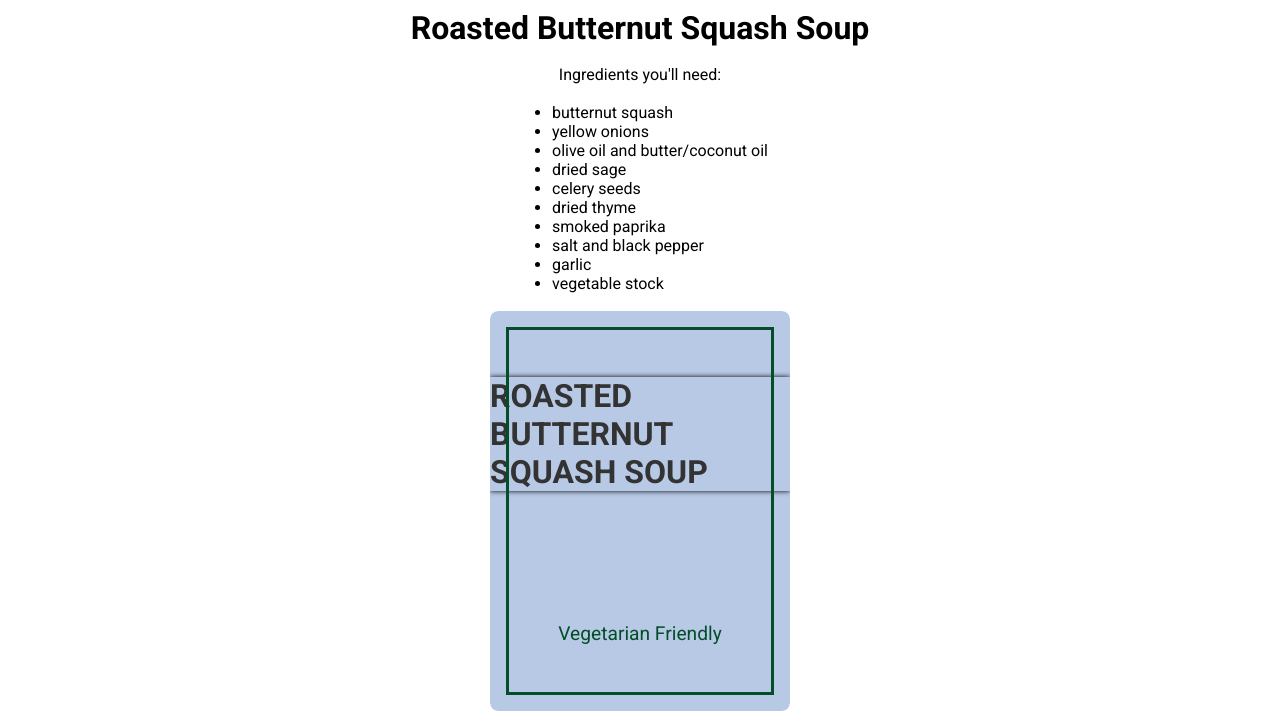
Repository: IDMX225/css-card-flip-LyssaMA
Page: src/index.html
The author's editor kept a copy of each file at every save. The page is drawn from the files as they stood at one save, then again after the next save.
The browser window is 1280 px wide. The pictures show the whole page.
The style sheet was rebuilt from its Sass, Less or Tailwind sources for each picture, by a compiler version that may differ from the author's.

Above is the page before, as saved 2024-11-12 19:35:35.
Not found: src/js/index.js

### src/index.html
<!DOCTYPE html>
<html lang="en">

<head>
  <meta charset="UTF-8">
  <meta name="viewport" content="width=device-width, initial-scale=1.0">
  <meta name="description" content="A modern CSS page">
  <meta name="generator" content="Eleventy v1.2">
  <title>Recipe</title>
  <link rel="shortcut icon" href="images/squash.png" type="image/png">
  <link rel="stylesheet" href="css/main.css">
</head>

<body>
  <h1>Roasted Butternut Squash Soup</h1>
  <p>Ingredients you'll need:</p>
  <!-- Unordered List for Ingredients -->
  <ul>
    <li>butternut squash</li>
    <li>yellow onions</li>
    <li>olive oil and butter/coconut oil</li>
    <li>dried sage</li>
    <li>celery seeds</li>
    <li>dried thyme</li>
    <li>smoked paprika</li>
    <li>salt and black pepper</li>
    <li>garlic</li>
    <li>vegetable stock</li>
  </ul>

  <div class="card">
    <div class="card__content">
      <div class="card__front">
        <h3 class="card__title">Roasted Butternut Squash Soup</h3>
        <p class="card__subtitle">Vegetarian Friendly</p>
      </div>

      <div class="card__back">
        <p class="card__body">To roast the squash, simply place the seasoned squash onto two large baking sheets lined
          with aluminum foil for easy cleanup. Roast in the oven for 45 minutes at 400°F.
          There's no need to flip over the squash halfway through roasting. Just let it go for 45 minutes and that's it!
          Enjoy!</p>
      </div>
    </div>
  </div>

  <script src="js/index.js"></script>
</body>

</html>

### src/sass/main.scss

/* Import Google Fonts */
@import url('https://fonts.googleapis.com/css2?family=Roboto:wght@400;700&display=swap');

:root {
  --level-three: translateZ(9rem);
  --fw-normal: 400;
  --fw-bold: 700;
  --clr: #b7c9e5;
  --clr-dark: #333;
  --font-family: 'Roboto', sans-serif;
}

*,
*::before,
*::after {
  box-sizing: border-box;
  margin: 0;
}

body {
  font-family: var(--font-family);
  height: 100vh;
  display: grid;
  place-items: center;
}

.card {
  width: 300px;
  height: 400px;
  perspective: 1000px;
  border-radius: 8px;
  overflow: hidden;
}

.card__content {
  position: relative;
  width: 100%;
  height: 100%;
  transform-style: preserve-3d;
  transition: transform 0.6s;
}

.card:hover .card__content {
  transform: rotateY(180deg);
}

.card__front,
.card__back {
  position: absolute;
  top: 0;
  left: 0;
  right: 0;
  bottom: 0;
  backface-visibility: hidden;
  display: grid;
  justify-items: center;
  align-items: center;
  border-radius: 8px;
}

.card__front {
  background-color: var(--clr);
  color: #034d28;
}

.card__front::before {
  content: '';
  position: absolute;
  top: 1em;
  bottom: 1em;
  left: 1em;
  right: 1em;
  border: 3px solid currentColor;
}

.card__title {
  font-family: var(--font-family);
  font-size: 2rem;
  font-weight: var(--fw-bold);
  text-transform: uppercase;
  color: #333;
  box-shadow: 0 0 5px black;
}

.card__subtitle {
  font-family: var(--font-family);
  font-size: 1.2rem;
  font-weight: var(--fw-normal);
}

.card__back {
  background: var(--clr-dark);
  color: #f7d07d;
  transform: rotateY(180deg);
}

.card__body {
  font-family: var(--font-family);
  font-size: 1rem;
  line-height: 1.5;
  padding: 1em;
  text-align: center;
}

After the next save:
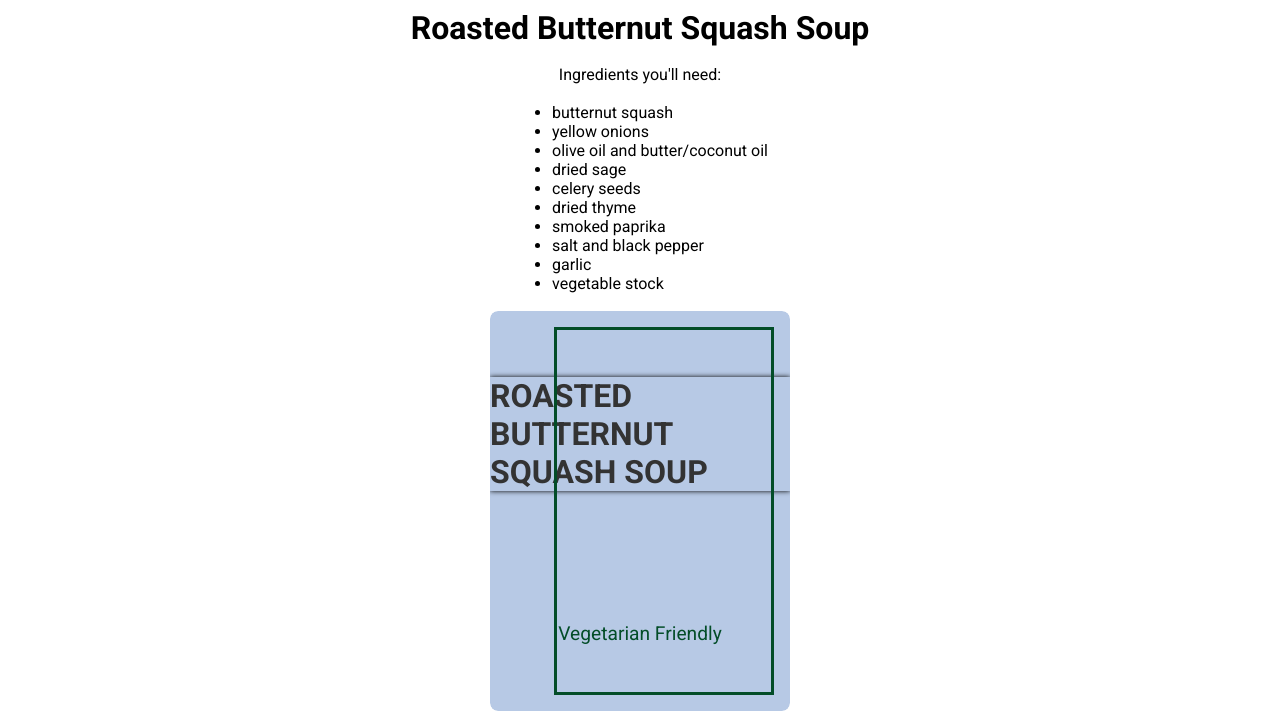
Saved 82 s later.
--- a/src/sass/main.scss
+++ b/src/sass/main.scss
@@ -69,7 +69,7 @@ body {
   position: absolute;
   top: 1em;
   bottom: 1em;
-  left: 1em;
+  left: 4em;
   right: 1em;
   border: 3px solid currentColor;
 }
